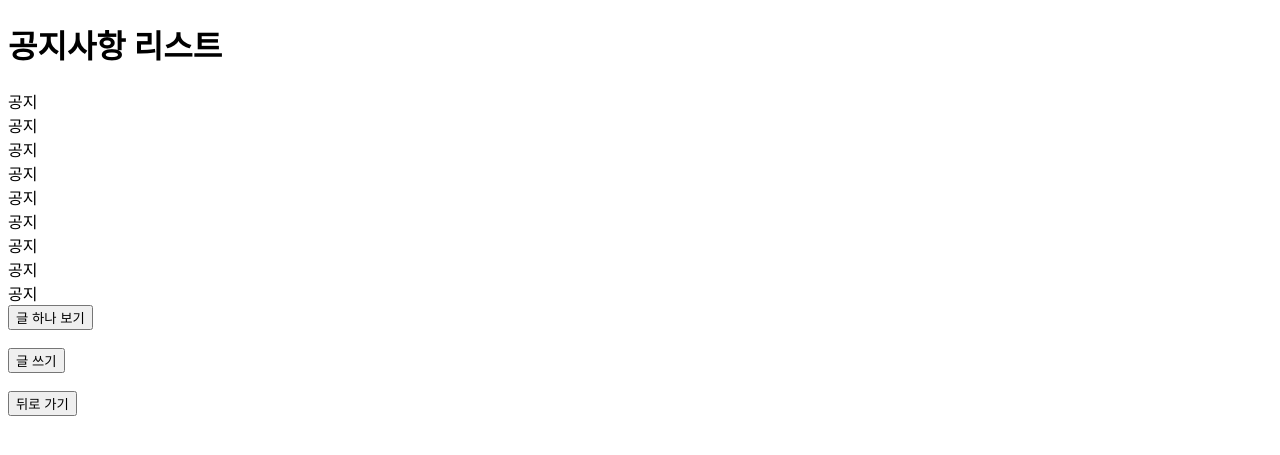
Repository: lbj0314/webTest
Page: Html_ex1/WebContent/notice/noticeList.html
An editor plug-in stored every save of this project. The page is shown before and after the next save, followed by the edit.
The browser window is 1280 px wide. The pictures show the whole page.

Above is the page before, as saved 2019-10-16 07:06:02.

After the next save:
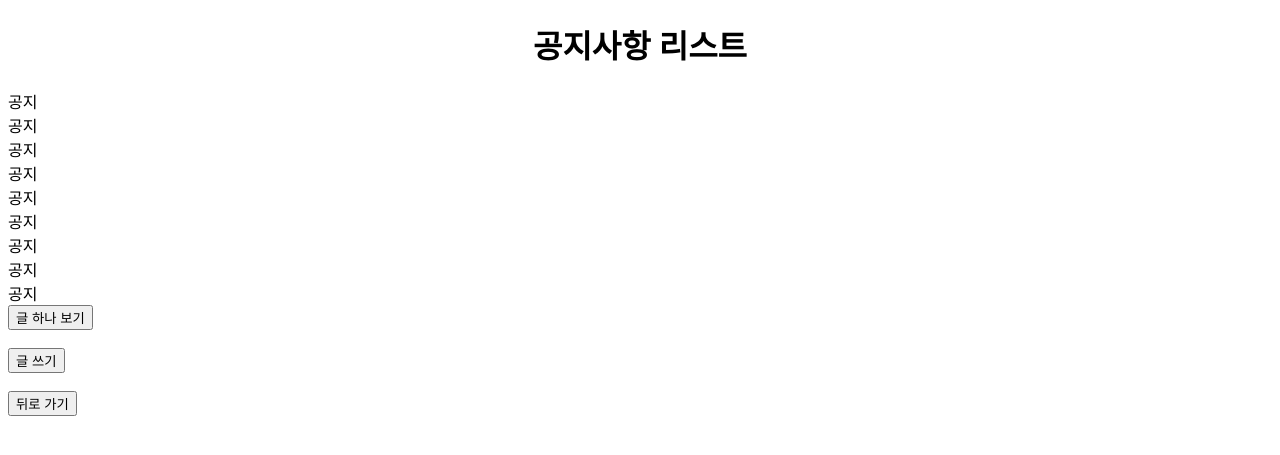
Saved 6 s later.
--- a/Html_ex1/WebContent/notice/noticeList.html
+++ b/Html_ex1/WebContent/notice/noticeList.html
@@ -13,7 +13,7 @@ text-align: center;
 </style>
 </head>
 <body>
-<h1>공지사항 리스트</h1>
+<h1 id="h1">공지사항 리스트</h1>
 공지<br>
 공지<br>
 공지<br>
